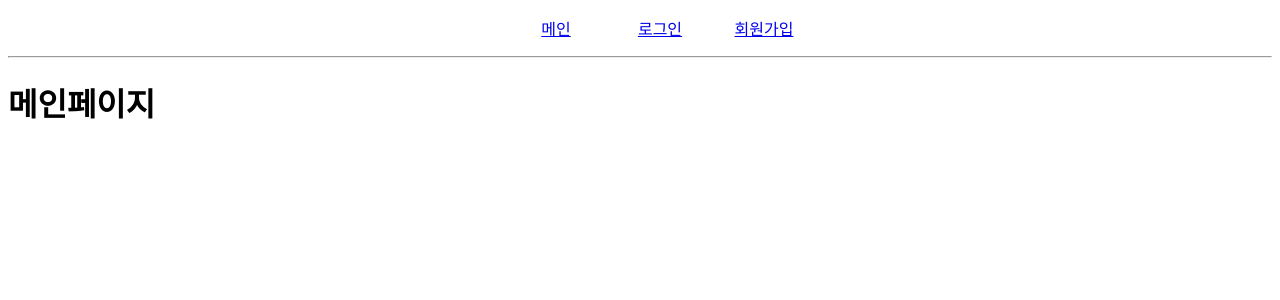
Repository: leesangbok/jsp-work
Page: http://localhost/cos/main.jsp
The author's editor kept a copy of each file at every save. The page is drawn from the files as they stood at one save, then again after the next save.
The browser window is 1280 px wide. The pictures show the whole page.
The page is served by Tomcat 9.

Above is the page before, as saved 2020-08-22 06:26:43.

After the next save:
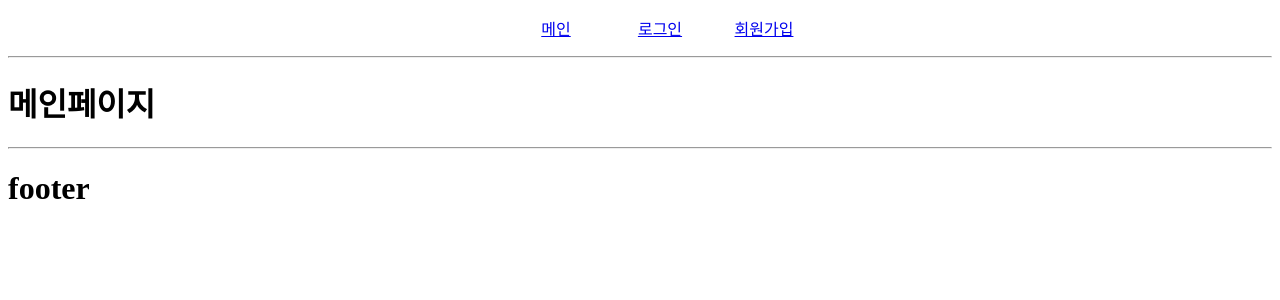
Saved 15 s later.
--- a/cos/WebContent/main.jsp
+++ b/cos/WebContent/main.jsp
@@ -3,6 +3,6 @@
 <%@ include file="layout/header.jsp" %>
 <h1>메인페이지</h1>
 
-
+<%@ include file="layout/footer.jsp" %>
 </body>
 </html>
